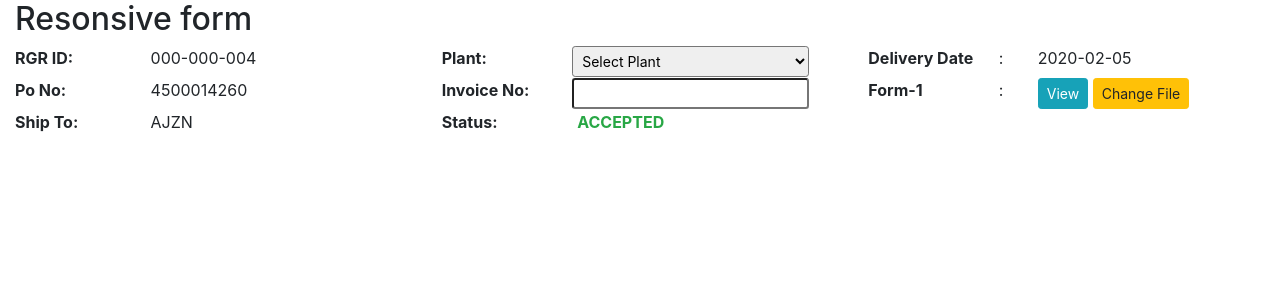
Repository: karthikairasu/Others_work
Page: form.html
These files come from the project's save history. The page is drawn as it stood at one moment and after the next save; the edit follows.
The browser window is 1280 px wide. The pictures show the whole page.

Above is the page before, as saved 2020-06-28 17:20:29.

### form.html
<!DOCTYPE html>
<html lang="en">
  <head>
    <title>Bootstrap Example</title>
    <meta charset="utf-8" />
    <meta name="viewport" content="width=device-width, initial-scale=1" />
    <link
      rel="stylesheet"
      href="https://maxcdn.bootstrapcdn.com/bootstrap/4.5.0/css/bootstrap.min.css"
    />
    <script src="https://ajax.googleapis.com/ajax/libs/jquery/3.5.1/jquery.min.js"></script>
    <script src="https://cdnjs.cloudflare.com/ajax/libs/popper.js/1.16.0/umd/popper.min.js"></script>
    <script src="https://maxcdn.bootstrapcdn.com/bootstrap/4.5.0/js/bootstrap.min.js"></script>
  </head>
  <body>
    <div class="container-fluid">
      <h2>Resonsive form</h2>
      <form class="" action="">
        <div class="row">
          <div class="col-md-4">
            <div class="form-row">
              <label class="col-md-4"><b>RGR ID:</b></label>
              <label class="col-md-7" id="RGR_ID">000-000-004 </label>
            </div>
            <div class="form-row">
              <label class="col-md-4"><b>Po No:</b></label>
              <label class="col-md-7" id="Po_No">4500014260 </label>
            </div>
            <div class="form-row">
              <label class="col-md-4"><b>Ship To:</b></label>
              <label class="col-md-7" id="Ship_To">AJZN </label>
            </div>
          </div>
          <div class="col-md-4">
            <div class="form-row">
              <label class="col-md-4"><b>Plant:</b></label>
              <select
                class="form-control-sm col-md-7"
                name="plant"
                style="width: 60%;"
                required=""
              >
                <option value="">Select Plant</option>

                <option value="Riyadh">Riyadh</option>

                <option value="Jeddha">Jeddha</option>

                <option value="Dammam">Dammam</option>

                <option value="PMAH ">PMAH </option>
              </select>
            </div>
            <div class="form-row">
              <label class="col-md-4"><b>Invoice No:</b></label>
              <input
                type="text"
                class="form-control-sm col-md-7"
                id="Invoice_No"
              />
            </div>
            <div class="form-row">
              <label class="col-md-4"><b>Status:</b></label>
              <label class="col-md-7 text-success" id="Status"
                ><b>ACCEPTED</b></label
              >
            </div>
          </div>
          <div class="col-md-4">
            <div class="form-row">
              <label class="col-md-4"><b>Delivery Date</b></label>
              <label class="col-md-1 px-0">:</label>
              <label class="col-md-7" id="Delivery Date">2020-02-05 </label>
            </div>
            <div class="form-row">
              <label class="col-md-4"><b>Form-1</b></label>
              <label class="col-md-1 px-0">:</label>
              <label class="col-md-7" id="form_1">
                <button class="btn btn-info btn-sm">View</button>
                <button class="btn btn-warning btn-sm">Change File</button>
              </label>
            </div>
          </div>
        </div>
      </form>
    </div>
  </body>
</html>

After the next save:
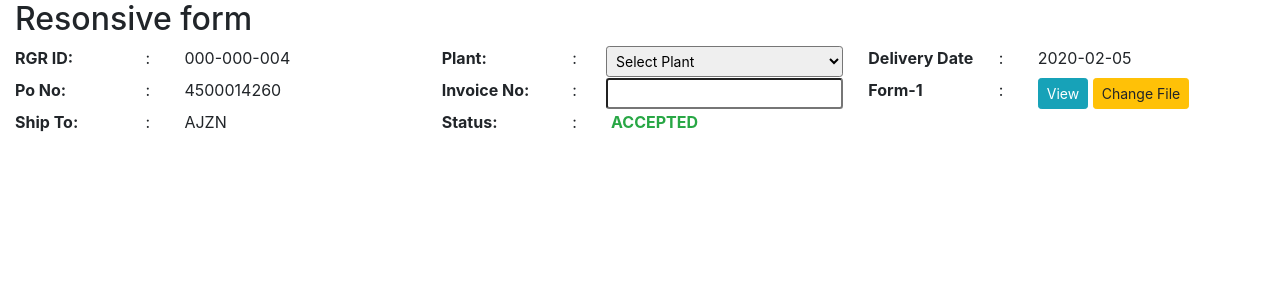
Saved 60 s later.
--- a/form.html
+++ b/form.html
@@ -20,20 +20,24 @@
           <div class="col-md-4">
             <div class="form-row">
               <label class="col-md-4"><b>RGR ID:</b></label>
+              <label class="col-md-1 px-0">:</label>
               <label class="col-md-7" id="RGR_ID">000-000-004 </label>
             </div>
             <div class="form-row">
               <label class="col-md-4"><b>Po No:</b></label>
+              <label class="col-md-1 px-0">:</label>
               <label class="col-md-7" id="Po_No">4500014260 </label>
             </div>
             <div class="form-row">
               <label class="col-md-4"><b>Ship To:</b></label>
+              <label class="col-md-1 px-0">:</label>
               <label class="col-md-7" id="Ship_To">AJZN </label>
             </div>
           </div>
           <div class="col-md-4">
             <div class="form-row">
               <label class="col-md-4"><b>Plant:</b></label>
+              <label class="col-md-1 px-0">:</label>
               <select
                 class="form-control-sm col-md-7"
                 name="plant"
@@ -53,6 +57,7 @@
             </div>
             <div class="form-row">
               <label class="col-md-4"><b>Invoice No:</b></label>
+              <label class="col-md-1 px-0">:</label>
               <input
                 type="text"
                 class="form-control-sm col-md-7"
@@ -61,6 +66,7 @@
             </div>
             <div class="form-row">
               <label class="col-md-4"><b>Status:</b></label>
+              <label class="col-md-1 px-0">:</label>
               <label class="col-md-7 text-success" id="Status"
                 ><b>ACCEPTED</b></label
               >
